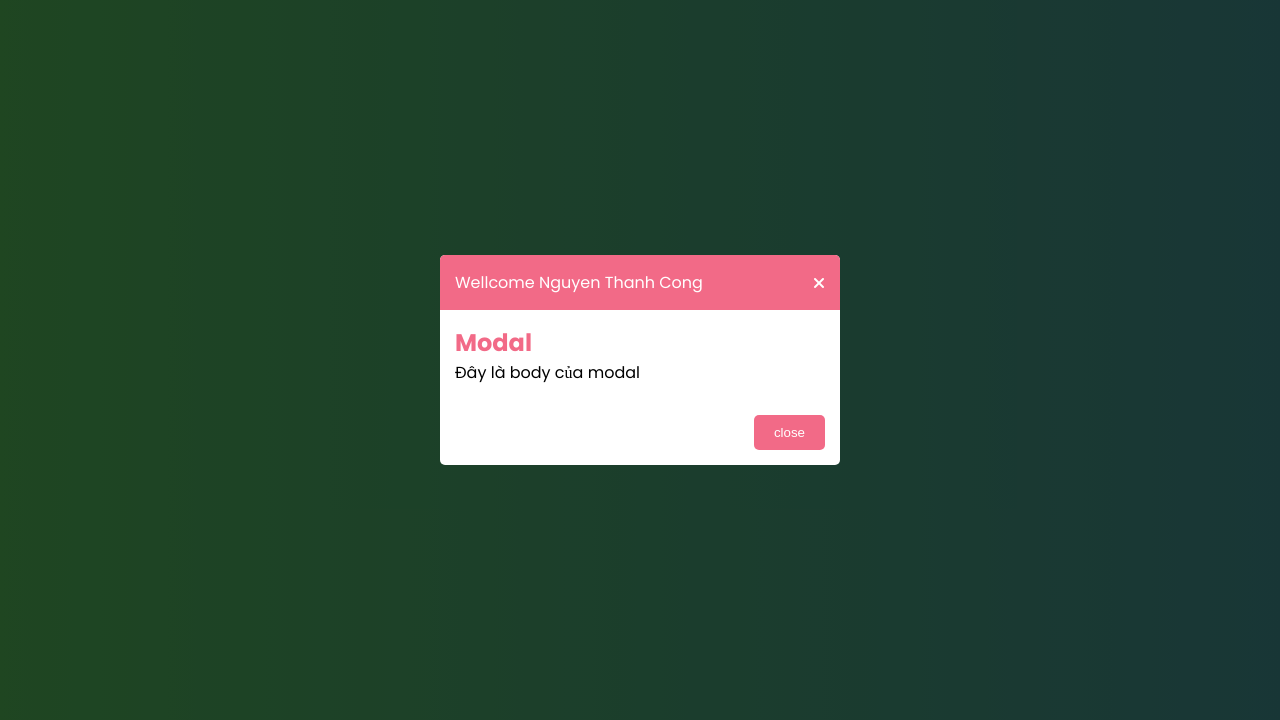
Repository: congnt98/Lean-javascript-in-project
Page: 30Days/3_Modal/index.html
An editor plug-in stored every save of this project. The page is shown before and after the next save, followed by the edit.
The browser window is 1280 px wide. The pictures show the whole page.

Above is the page before, as saved 2024-02-18 20:25:07.

After the next save:
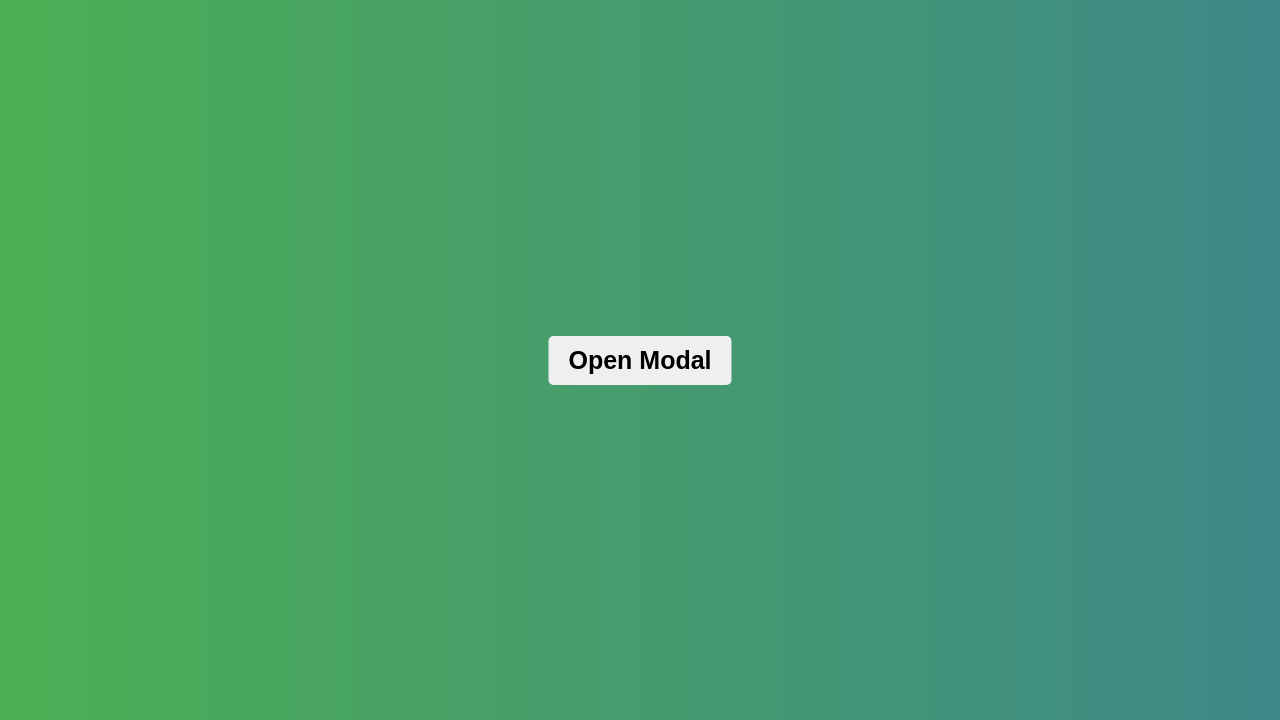
Saved 1 s later.
--- a/30Days/3_Modal/index.html
+++ b/30Days/3_Modal/index.html
@@ -18,7 +18,7 @@
         <button class="btn-modal-open">
             Open Modal
         </button>
-        <div class="modal">
+        <div class="modal hide">
             <div class="modal__inner">
                 <div class="modal__header">
                     <span>Wellcome Nguyen Thanh Cong</span>
